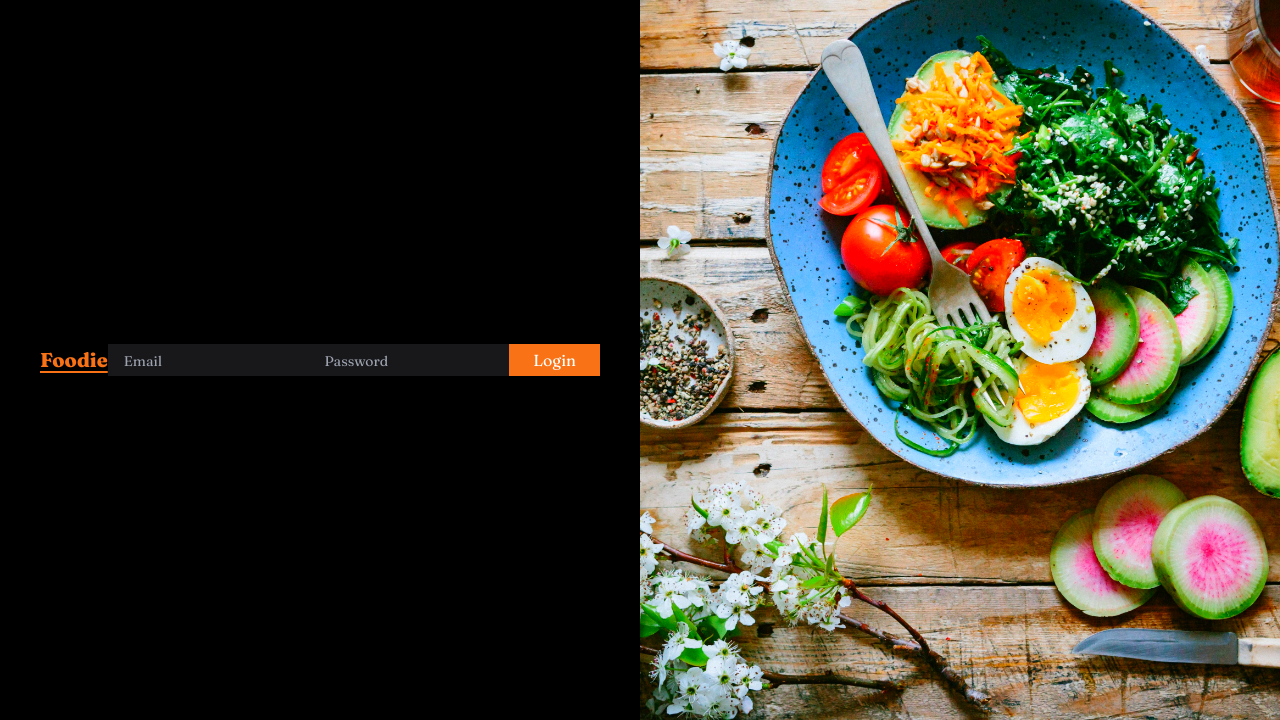
Repository: chandra11148/Foodie
Page: / (app in Frontend/)
The author's editor kept a copy of each file at every save. The page is drawn from the files as they stood at one save, then again after the next save.
The browser window is 1280 px wide. The pictures show the whole page.
The project was rebuilt for these pictures with package versions that can differ from the ones it lists, and the page was loaded fresh each time. Also part of the build but not shown: Frontend/vite.config.ts.

Above is the page before, as saved 2024-02-25 11:30:04.

### Frontend/index.html
<!doctype html>
<html lang="en">
  <head>
    <meta charset="UTF-8" />
    <link rel="icon" type="image/svg+xml" href="/vite.svg" />
    <meta name="viewport" content="width=device-width, initial-scale=1.0" />
    <title>Foodie</title>
  </head>
  <body>
    <div id="root"></div>
    <script type="module" src="/src/main.tsx"></script>
  </body>
</html>

### Frontend/src/App.tsx
import { Suspense, useState } from "react";
import { createBrowserRouter, RouterProvider } from "react-router-dom";
import { Landing } from "./pages/Landing";

function App() {
  const router = createBrowserRouter([
    {
      path: "/",
      element: <Landing/>,
      errorElement: <div>ErrorPage</div>,
    },
  ]);

  return (

      <div className="h-[100vh] w-[100vw]">
        <Suspense fallback={<div>Loading</div>}>
          <RouterProvider
            router={router}
            fallbackElement={<div>Fallback Element</div>}
          />
        </Suspense>
      </div>
  );
}

export default App;

### Frontend/src/index.css
@import url('https://fonts.googleapis.com/css2?family=Fraunces:ital,opsz,wght@0,9..144,100..900;1,9..144,100..900&display=swap');

@tailwind base;
@tailwind components;
@tailwind utilities;

body{
    padding: 0;
    margin: 0;
}
#root{
    padding: 0;
    margin: 0;
}

### Frontend/src/pages/Landing/index.tsx
import { FormEvent } from "react";
import recipeOne from "../../assets/recipe-one.jpg";
import { Form, Input, Button } from "../../components";

export const Landing = () => {
    const handleSubmit = (e: FormEvent<HTMLFormElement>) =>{

    }
    const handleState = (e: FormEvent<HTMLFormElement>)=>{

    }
  return (
    <div className="bg-black text-white h-[100%] flex flex-col-reverse md:flex-row w-full">
      <div className="w-full h-full">
        <Form
            className="flex items-center justify-center w-full h-full p-10"
            onSubmit={handleSubmit}
        >
            <h2 className="text-orange-500 font-extrabold text-xl underline underline-offset-4 ">
                Foodie
            </h2>
           <Input
                name="email"
                placeholder="Email"
                handleChange={handleState}
                type="text"
                className={`bg-zinc-900 py-1 px-4 w-full shadow-xl  placeholder:text-sm hover:bg-zinc-800 cursor-pointer focus:outline-none`}
          />

           <Input
            name="password"
            placeholder="Password"
            handleChange={handleState}
            type="password"
            className={`bg-zinc-900 py-1 px-4 w-full placeholder:text-sm hover:bg-zinc-800 cursor-pointer focus:outline-none`}
          />
          <div className="w-full md:w-[50%] m-auto flex flex-col gap-2">
            <Button
                title={"Login"}
                className={`bg-orange-500 text-white hover:bg-orange-600 py-1 px-6 w-full `}
                type="submit"
            />
            </div>
        </Form>
      </div>
      <div className="w-full h-full saturate-200">
        <img
          src={recipeOne}
          alt="A dish with food recipes"
          className="w-full h-full object-center object-cover"
        />
      </div>
    </div>
  );
};

### Frontend/src/components/index.tsx
import { Form } from './form';
import { Input } from './input';
import { Button } from './button';

export { Button, Input, Form };

### Frontend/src/components/form.tsx
import { FormEvent, ReactNode } from "react";

export const Form = ({
  onSubmit,
  children,
  className,
}: {
  onSubmit: (e: FormEvent<HTMLFormElement>) => void;
  children: ReactNode;
  className?: string;
}) => {
  return (
    <form onSubmit={onSubmit} className={`${className}`}>
      {children}
    </form>
  );
};

### Frontend/src/components/input.tsx
import { FormEvent } from "react";

export const Input = ({ type, placeholder, handleChange, className, ...rest }:{
    type: string;
    placeholder: string;
    handleChange: (e: FormEvent<HTMLInputElement>) => void;
    className: string;
    [key: string]: unknown;
}) =>  {
    return (
        <input {...rest}
            type={type}
            placeholder={placeholder}
            onChange={handleChange}
            className={`${className}`}
        />
    );
}

### Frontend/src/components/button.tsx
export const Button = ({title,handleClick,type,className,...rest}:{
    title: string;
    handleClick?: () => void;
    className: string;
    type?: "button" | "submit" | "reset";
    [key: string]: unknown;
}) => {
    return (
        <button {...rest}
            onClick={handleClick}
            type={type ? type:"button"}
            className={`${className}`}
        >
            {title}
        </button>
    )
}

### Frontend/tailwind.config.js
/** @type {import('tailwindcss').Config} */
export default {
  content: [
    "./index.html",
    "./src/**/*.{js,ts,jsx,tsx}",
  ],
  theme: {
    extend: {
      screens: {
        'sm': '640px',
        // => @media (min-width: 640px) { ... }

        'md': '768px',
        // => @media (min-width: 768px) { ... }

        'lg': '1024px',
        // => @media (min-width: 1024px) { ... }

        'xl': '1280px',
        // => @media (min-width: 1280px) { ... }

        '2xl': '1536px',
        // => @media (min-width: 1536px) { ... }
      },
      fontFamily: {
        sans: ["Fraunces","serif"],
      }
    },
  },
  plugins: [],
}

Loaded but not shown: Frontend/src/main.tsx (common file)

After the next save:
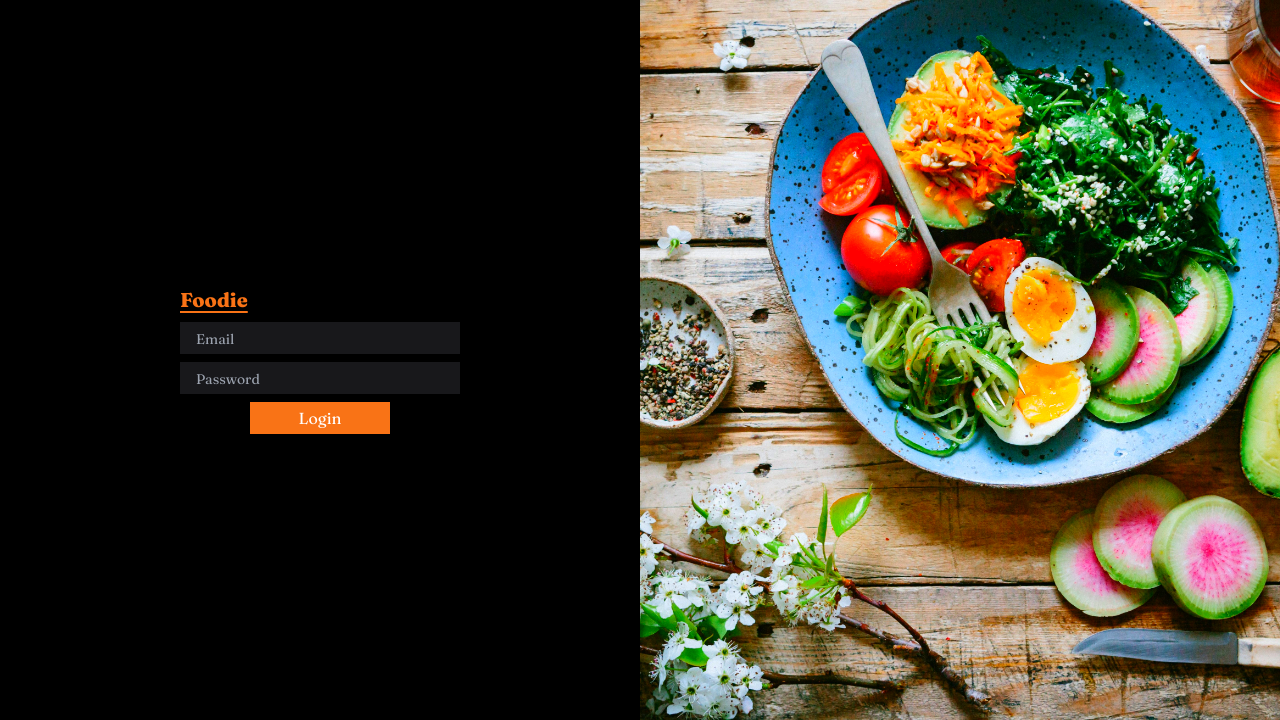
Saved 6 min 23 s later.
--- a/Frontend/src/pages/Landing/index.tsx
+++ b/Frontend/src/pages/Landing/index.tsx
@@ -16,6 +16,7 @@ export const Landing = () => {
             className="flex items-center justify-center w-full h-full p-10"
             onSubmit={handleSubmit}
         >
+            <div className="flex flex-col gap-2  w-full md:w-[50%]">
             <h2 className="text-orange-500 font-extrabold text-xl underline underline-offset-4 ">
                 Foodie
             </h2>
@@ -41,6 +42,7 @@ export const Landing = () => {
                 type="submit"
             />
             </div>
+            </div>
         </Form>
       </div>
       <div className="w-full h-full saturate-200">
